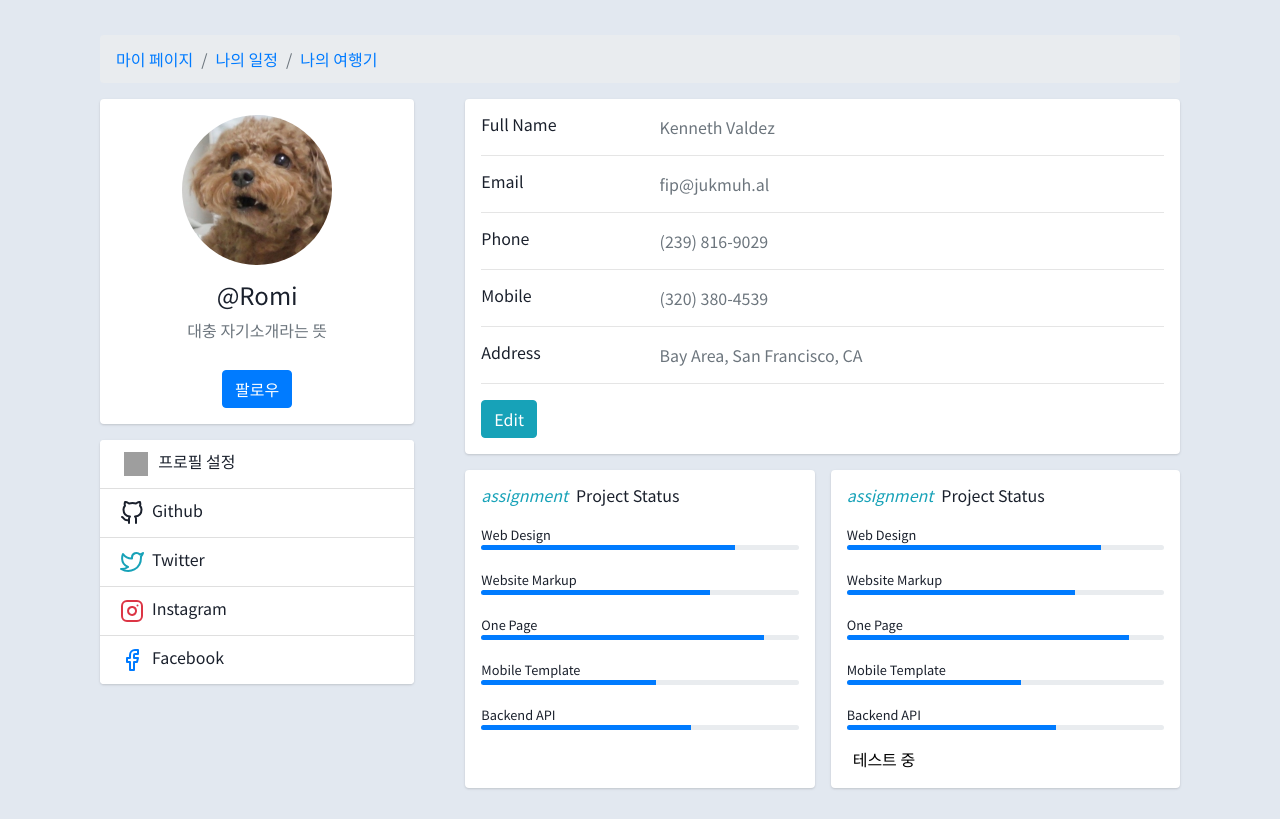
Repository: jangseohyun/LEGGO_2021
Page: http://localhost/PrjApp/ProfileTest.jsp
These files come from the project's save history. The page is drawn as it stood at one moment and after the next save; the edit follows.
The browser window is 1280 px wide. The pictures show the whole page.
Pictures or frames that could not be fetched are drawn as grey boxes. Some web libraries are served in a nearby version. The page is served by Tomcat 9. Other server files are loaded and not shown.

Above is the page before, as saved 2021-06-27 09:43:11.

### PrjApp/WebContent/ProfileTest.jsp
<%@ page contentType="text/html; charset=UTF-8"%>
<%@ taglib prefix="c" uri="http://java.sun.com/jsp/jstl/core"%>
<%
	request.setCharacterEncoding("UTF-8");
	String cp = request.getContextPath();
%>
<!DOCTYPE html>
<head>
    <meta charset="utf-8">
    <!--  This file has been downloaded from bootdey.com @bootdey on twitter -->
    <!--  All snippets are MIT license http://bootdey.com/license -->
    <title>profile with data and skills - Bootdey.com</title>
    <meta name="viewport" content="width=device-width, initial-scale=1">
	<script src="https://code.jquery.com/jquery-1.10.2.min.js"></script>
    <link href="https://cdn.jsdelivr.net/npm/bootstrap@4.4.1/dist/css/bootstrap.min.css" rel="stylesheet">
	<script src="https://cdn.jsdelivr.net/npm/bootstrap@4.4.1/dist/js/bootstrap.bundle.min.js"></script>
	<link rel="preconnect" href="https://fonts.googleapis.com">
	<link rel="preconnect" href="https://fonts.gstatic.com" crossorigin>
	<link href="https://fonts.googleapis.com/css2?family=Noto+Sans+KR:wght@400;700&display=swap" rel="stylesheet">
</head>
<body>
<div class="container">
    <div class="main-body">

          <!-- Breadcrumb -->
          <nav aria-label="breadcrumb" class="main-breadcrumb">
            <ol class="breadcrumb">
              <li class="breadcrumb-item" aria-current="page"><a href="javascript:void(0)">마이 페이지</a></li>
              <li class="breadcrumb-item"><a href="">나의 일정</a></li>
              <li class="breadcrumb-item active"><a href="">나의 여행기</a></li>
            </ol>
          </nav>
          <!-- /Breadcrumb -->
          <div class="row gutters-sm">
            <div class="col-md-4 mb-3">
              <div class="card w-90">
                <div class="card-body">
                  <div class="d-flex flex-column align-items-center text-center">
                    <img src="images/profile_img_sample.jpg" alt="Admin" class="rounded-circle" width="150">
                    <div class="mt-3">
                      <h4>@Romi</h4>
                      <p class="text-secondary mb-1">대충 자기소개라는 뜻</p><br>
                      <button class="btn btn-primary">팔로우</button>
                    </div>
                  </div>
                </div>
              </div>
              <div class="card mt-3 w-90">
                <ul class="list-group list-group-flush">
                  <li class="list-group-item d-flex justify-content-between align-items-center flex-wrap">
                    <h6 class="mb-0">&nbsp;<img src="https://image.flaticon.com/icons/png/512/3524/3524752.png" width="24" height="24">&nbsp;&nbsp;&nbsp;프로필 설정</h6>
                    <!-- <span class="text-secondary">https://bootdey.com</span> -->
                  </li>
                  <li class="list-group-item d-flex justify-content-between align-items-center flex-wrap">
                    <h6 class="mb-0"><svg xmlns="http://www.w3.org/2000/svg" width="24" height="24" viewBox="0 0 24 24" fill="none" stroke="currentColor" stroke-width="2" stroke-linecap="round" stroke-linejoin="round" class="feather feather-github mr-2 icon-inline"><path d="M9 19c-5 1.5-5-2.5-7-3m14 6v-3.87a3.37 3.37 0 0 0-.94-2.61c3.14-.35 6.44-1.54 6.44-7A5.44 5.44 0 0 0 20 4.77 5.07 5.07 0 0 0 19.91 1S18.73.65 16 2.48a13.38 13.38 0 0 0-7 0C6.27.65 5.09 1 5.09 1A5.07 5.07 0 0 0 5 4.77a5.44 5.44 0 0 0-1.5 3.78c0 5.42 3.3 6.61 6.44 7A3.37 3.37 0 0 0 9 18.13V22"></path></svg>Github</h6>
                  </li>
                  <li class="list-group-item d-flex justify-content-between align-items-center flex-wrap">
                    <h6 class="mb-0"><svg xmlns="http://www.w3.org/2000/svg" width="24" height="24" viewBox="0 0 24 24" fill="none" stroke="currentColor" stroke-width="2" stroke-linecap="round" stroke-linejoin="round" class="feather feather-twitter mr-2 icon-inline text-info"><path d="M23 3a10.9 10.9 0 0 1-3.14 1.53 4.48 4.48 0 0 0-7.86 3v1A10.66 10.66 0 0 1 3 4s-4 9 5 13a11.64 11.64 0 0 1-7 2c9 5 20 0 20-11.5a4.5 4.5 0 0 0-.08-.83A7.72 7.72 0 0 0 23 3z"></path></svg>Twitter</h6>
                  </li>
                  <li class="list-group-item d-flex justify-content-between align-items-center flex-wrap">
                    <h6 class="mb-0"><svg xmlns="http://www.w3.org/2000/svg" width="24" height="24" viewBox="0 0 24 24" fill="none" stroke="currentColor" stroke-width="2" stroke-linecap="round" stroke-linejoin="round" class="feather feather-instagram mr-2 icon-inline text-danger"><rect x="2" y="2" width="20" height="20" rx="5" ry="5"></rect><path d="M16 11.37A4 4 0 1 1 12.63 8 4 4 0 0 1 16 11.37z"></path><line x1="17.5" y1="6.5" x2="17.51" y2="6.5"></line></svg>Instagram</h6>
                  </li>
                  <li class="list-group-item d-flex justify-content-between align-items-center flex-wrap">
                    <h6 class="mb-0"><svg xmlns="http://www.w3.org/2000/svg" width="24" height="24" viewBox="0 0 24 24" fill="none" stroke="currentColor" stroke-width="2" stroke-linecap="round" stroke-linejoin="round" class="feather feather-facebook mr-2 icon-inline text-primary"><path d="M18 2h-3a5 5 0 0 0-5 5v3H7v4h3v8h4v-8h3l1-4h-4V7a1 1 0 0 1 1-1h3z"></path></svg>Facebook</h6>
                  </li>
                </ul>
              </div>
            </div>
            <div class="col-md-8">
              <div class="card mb-3">
                <div class="card-body">
                  <div class="row">
                    <div class="col-sm-3">
                      <h6 class="mb-0">Full Name</h6>
                    </div>
                    <div class="col-sm-9 text-secondary">
                      Kenneth Valdez
                    </div>
                  </div>
                  <hr>
                  <div class="row">
                    <div class="col-sm-3">
                      <h6 class="mb-0">Email</h6>
                    </div>
                    <div class="col-sm-9 text-secondary">
                      fip@jukmuh.al
                    </div>
                  </div>
                  <hr>
                  <div class="row">
                    <div class="col-sm-3">
                      <h6 class="mb-0">Phone</h6>
                    </div>
                    <div class="col-sm-9 text-secondary">
                      (239) 816-9029
                    </div>
                  </div>
                  <hr>
                  <div class="row">
                    <div class="col-sm-3">
                      <h6 class="mb-0">Mobile</h6>
                    </div>
                    <div class="col-sm-9 text-secondary">
                      (320) 380-4539
                    </div>
                  </div>
                  <hr>
                  <div class="row">
                    <div class="col-sm-3">
                      <h6 class="mb-0">Address</h6>
                    </div>
                    <div class="col-sm-9 text-secondary">
                      Bay Area, San Francisco, CA
                    </div>
                  </div>
                  <hr>
                  <div class="row">
                    <div class="col-sm-12">
                      <a class="btn btn-info " target="__blank" href="https://www.bootdey.com/snippets/view/profile-edit-data-and-skills">Edit</a>
                    </div>
                  </div>
                </div>
              </div>

              <div class="row gutters-sm">
                <div class="col-sm-6 mb-3">
                  <div class="card h-100">
                    <div class="card-body">
                      <h6 class="d-flex align-items-center mb-3"><i class="material-icons text-info mr-2">assignment</i>Project Status</h6>
                      <small>Web Design</small>
                      <div class="progress mb-3" style="height: 5px">
                        <div class="progress-bar bg-primary" role="progressbar" style="width: 80%" aria-valuenow="80" aria-valuemin="0" aria-valuemax="100"></div>
                      </div>
                      <small>Website Markup</small>
                      <div class="progress mb-3" style="height: 5px">
                        <div class="progress-bar bg-primary" role="progressbar" style="width: 72%" aria-valuenow="72" aria-valuemin="0" aria-valuemax="100"></div>
                      </div>
                      <small>One Page</small>
                      <div class="progress mb-3" style="height: 5px">
                        <div class="progress-bar bg-primary" role="progressbar" style="width: 89%" aria-valuenow="89" aria-valuemin="0" aria-valuemax="100"></div>
                      </div>
                      <small>Mobile Template</small>
                      <div class="progress mb-3" style="height: 5px">
                        <div class="progress-bar bg-primary" role="progressbar" style="width: 55%" aria-valuenow="55" aria-valuemin="0" aria-valuemax="100"></div>
                      </div>
                      <small>Backend API</small>
                      <div class="progress mb-3" style="height: 5px">
                        <div class="progress-bar bg-primary" role="progressbar" style="width: 66%" aria-valuenow="66" aria-valuemin="0" aria-valuemax="100"></div>
                      </div>
                    </div>
                  </div>
                </div>
                <div class="col-sm-6 mb-3">
                  <div class="card h-100">
                    <div class="card-body">
                      <h6 class="d-flex align-items-center mb-3"><i class="material-icons text-info mr-2">assignment</i>Project Status</h6>
                      <small>Web Design</small>
                      <div class="progress mb-3" style="height: 5px">
                        <div class="progress-bar bg-primary" role="progressbar" style="width: 80%" aria-valuenow="80" aria-valuemin="0" aria-valuemax="100"></div>
                      </div>
                      <small>Website Markup</small>
                      <div class="progress mb-3" style="height: 5px">
                        <div class="progress-bar bg-primary" role="progressbar" style="width: 72%" aria-valuenow="72" aria-valuemin="0" aria-valuemax="100"></div>
                      </div>
                      <small>One Page</small>
                      <div class="progress mb-3" style="height: 5px">
                        <div class="progress-bar bg-primary" role="progressbar" style="width: 89%" aria-valuenow="89" aria-valuemin="0" aria-valuemax="100"></div>
                      </div>
                      <small>Mobile Template</small>
                      <div class="progress mb-3" style="height: 5px">
                        <div class="progress-bar bg-primary" role="progressbar" style="width: 55%" aria-valuenow="55" aria-valuemin="0" aria-valuemax="100"></div>
                      </div>
                      <small>Backend API</small>
                      <div class="progress mb-3" style="height: 5px">
                        <div class="progress-bar bg-primary" role="progressbar" style="width: 66%" aria-valuenow="66" aria-valuemin="0" aria-valuemax="100"></div>
                      </div>
                      <button class="scrollTest" onclick="window.scrollTo(0,0);">테스트 중</button>
                    </div>
                  </div>
                </div>
              </div>



            </div>
          </div>

        </div>
    </div>

<style type="text/css">
body{
    margin-top:20px;
    color: #1a202c;
    text-align: left;
    background-color: #e2e8f0;
    font-family: 'Noto Sans KR', sans-serif;
}
.main-body {
    padding: 15px;
}
.card {
    box-shadow: 0 1px 3px 0 rgba(0,0,0,.1), 0 1px 2px 0 rgba(0,0,0,.06);
}

.card {
    position: relative;
    display: flex;
    flex-direction: column;
    min-width: 0;
    word-wrap: break-word;
    background-color: #fff;
    background-clip: border-box;
    border: 0 solid rgba(0,0,0,.125);
    border-radius: .25rem;
}

.card-body {
    flex: 1 1 auto;
    min-height: 1px;
    padding: 1rem;
}

.gutters-sm {
    margin-right: -8px;
    margin-left: -8px;
}

.gutters-sm>.col, .gutters-sm>[class*=col-] {
    padding-right: 8px;
    padding-left: 8px;
}
.mb-3, .my-3 {
    margin-bottom: 1rem!important;
}

.bg-gray-300 {
    background-color: #e2e8f0;
}
.h-100 {
    height: 100%!important;
}
.shadow-none {
    box-shadow: none!important;
}
.w-90 {
	width: 90%!important;
}
button.scrollTest
{
	background: transparent;
	border: none;
	outline: 0;
}

</style>

<script type="text/javascript">

</script>
</body>
</html>

After the next save:
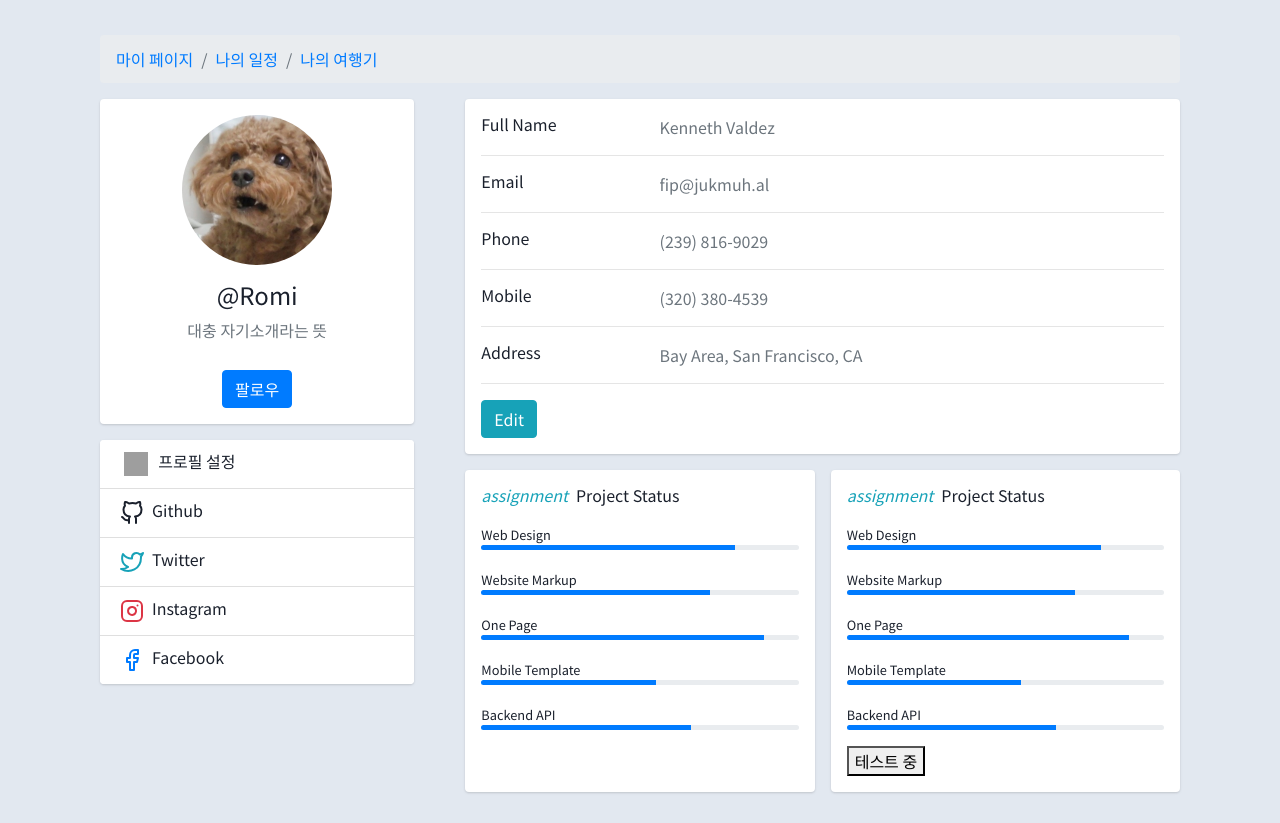
Saved 3 min 9 s later.
--- a/PrjApp/WebContent/ProfileTest.jsp
+++ b/PrjApp/WebContent/ProfileTest.jsp
@@ -246,12 +246,6 @@ body{
 .w-90 {
 	width: 90%!important;
 }
-button.scrollTest
-{
-	background: transparent;
-	border: none;
-	outline: 0;
-}
 
 </style>
 
